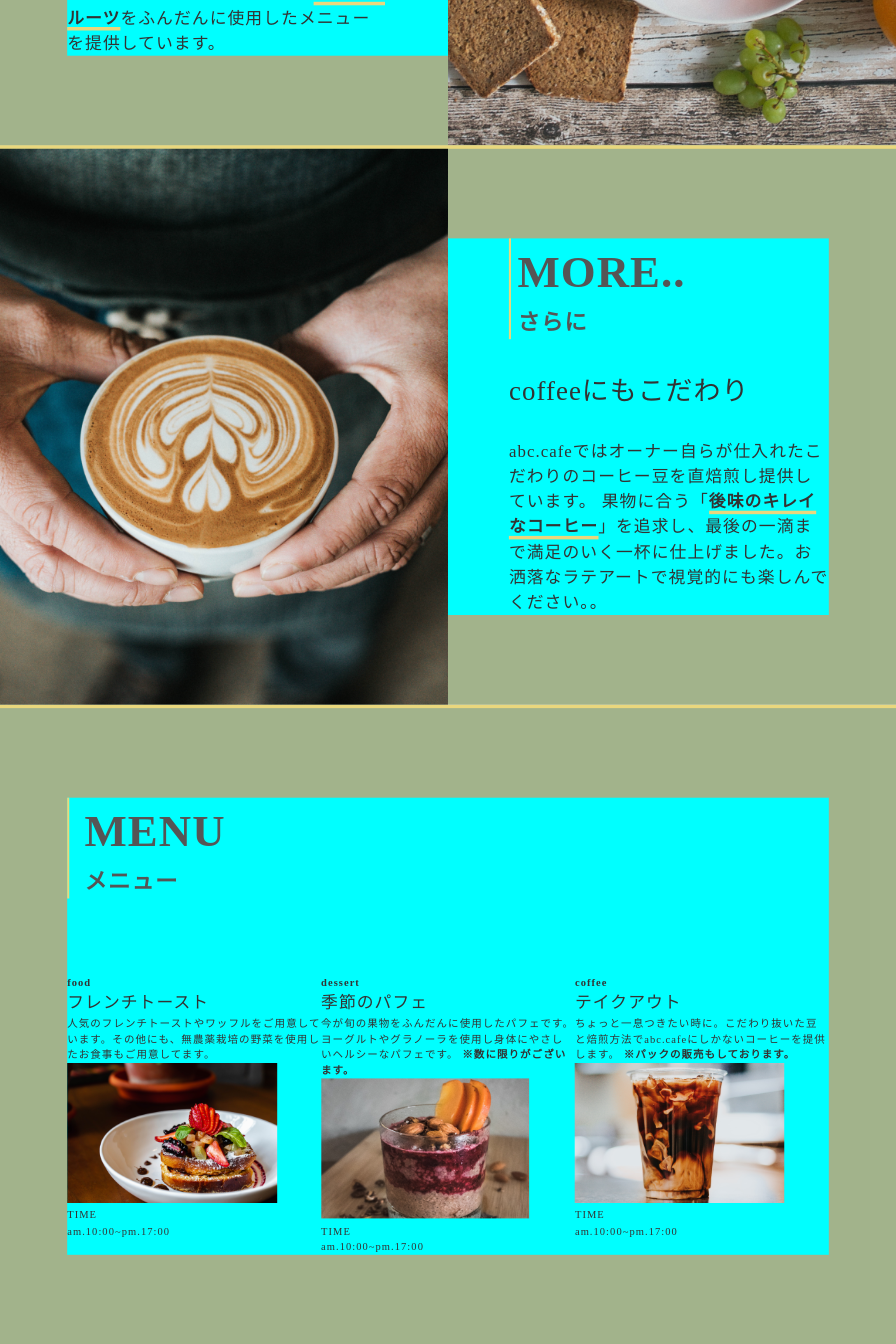
Repository: nozomi-23/lp1_test
Page: index.html
The author's editor kept a copy of each file at every save. The page is drawn from the files as they stood at one save, then again after a run of saves.
The browser window is 1280 px wide. The pictures show the part of the page from y = 2042 to 3962 px (the page is 3962 px tall), at 70% of full size.

Above is the page before, as saved 2022-06-08 15:22:54.

After the next 3 saves:
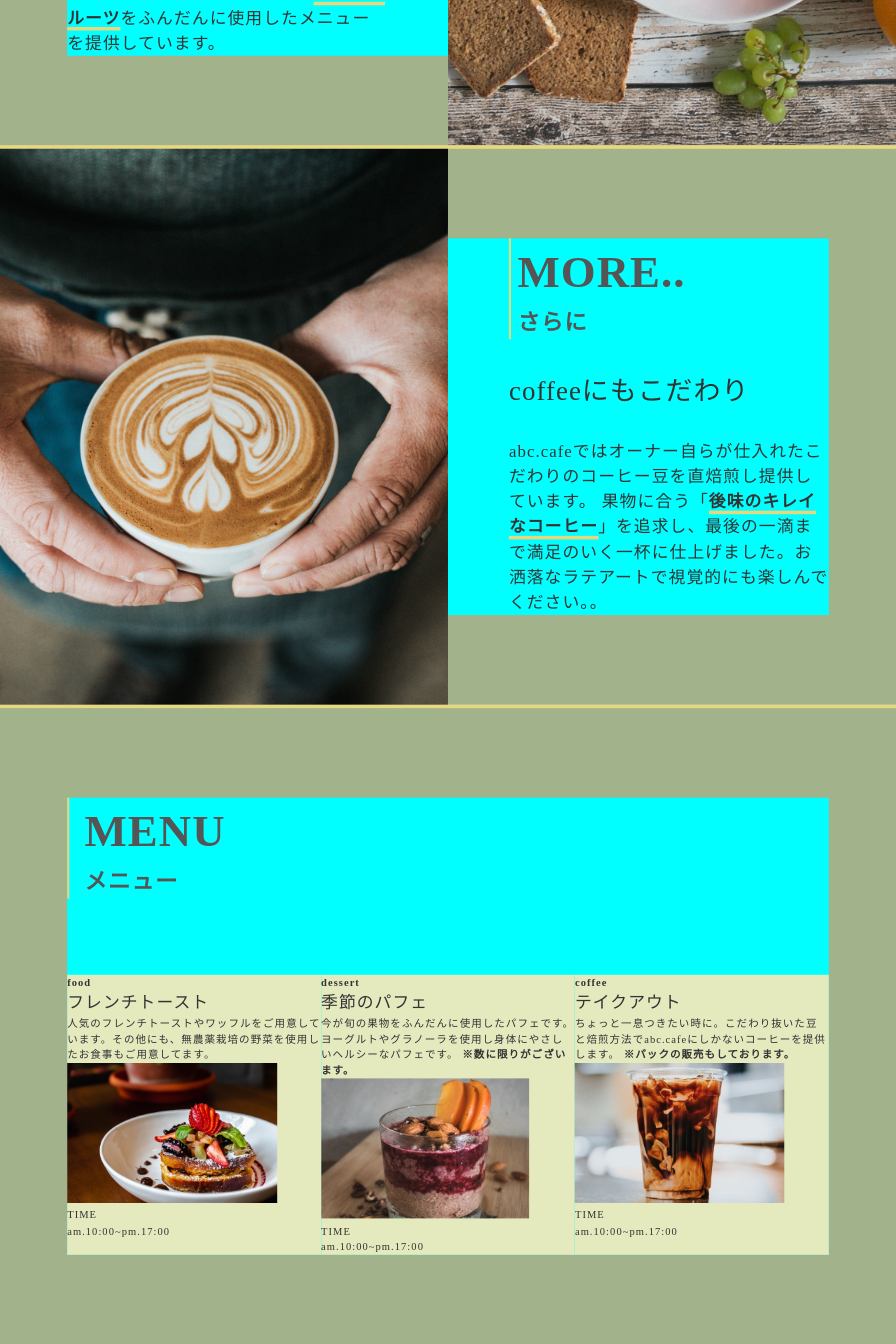
The 3 saves are shown as one change because they came seconds apart.
The last was saved 2 min 21 s later.
--- a/css/common.css
+++ b/css/common.css
@@ -180,4 +180,5 @@ menu
 }
 .fram {
   width: 33.3333%;
+  background-color: #E4E9BE;
 }
